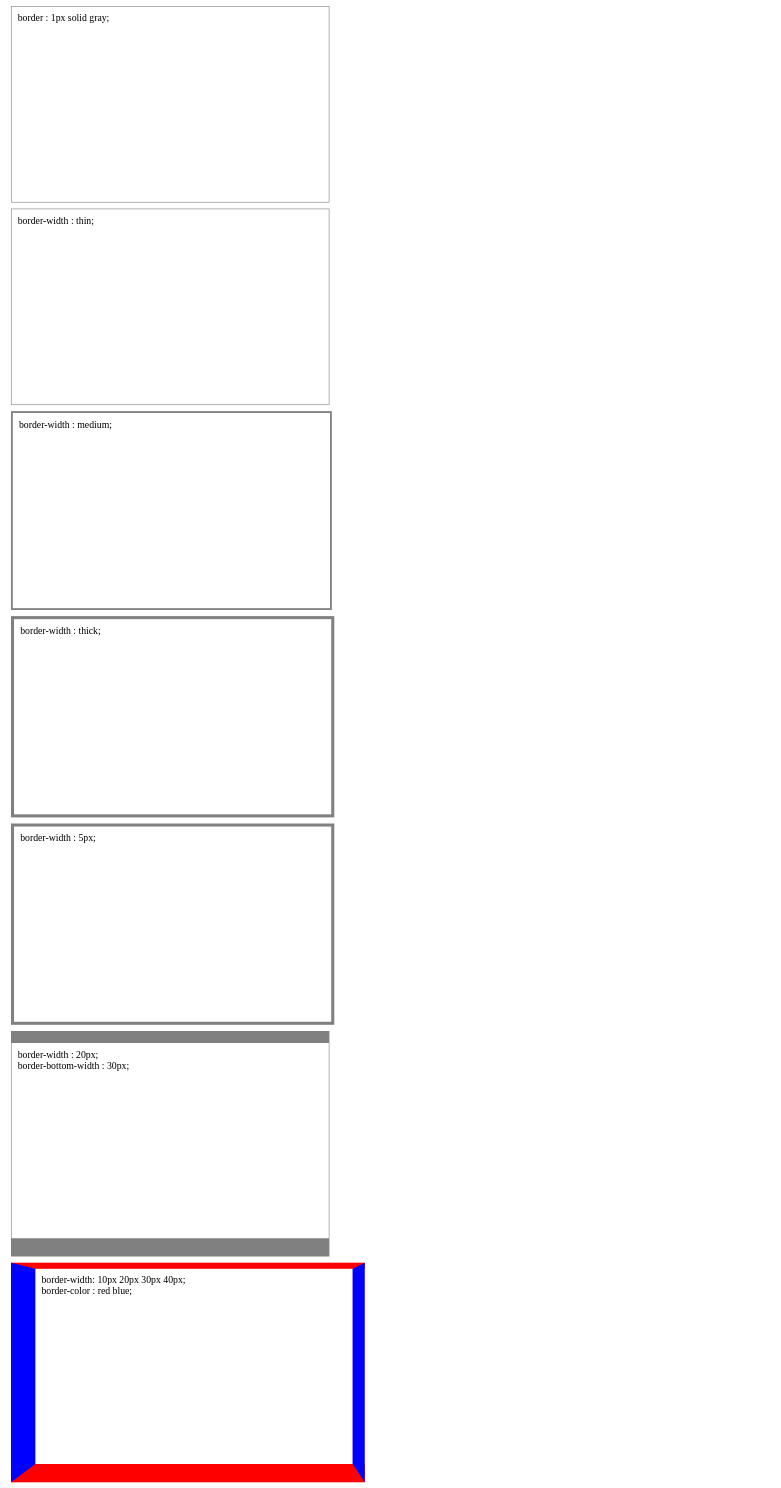
Repository: yul3220/WebProgrammingLecture
Page: webpro/WebContent/2021-01-11/border폭.html
An editor plug-in stored every save of this project. The page is shown before and after the next save, followed by the edit.
The browser window is 1280 px wide. The pictures show the whole page, at 61% of full size.

Above is the page before, as saved 2021-01-11 02:34:08.

### webpro/WebContent/2021-01-11/border폭.html
<!DOCTYPE html>
<html>
<head>
<meta charset="UTF-8">
<title>Insert title here</title>
<style>
div{
	width : 500px;
	height : 300px;
	border : 1px solid gray;
	padding : 10px;
	margin : 10px;
}
#d2{
	border-width : thin;
}
#d3{
	border-width : medium;
	/*thick은 5px보다 약간 얇다*/
}
#d4{
	border-width : thick;
	/*thick은 5px보다 약간 더 뚜겁다*/
}
#d5{
	border-width : 5px;
}
#d6{
	border-top-width : 20px;
	border-bottom-width : 30px;
}
#d7{
	border-width: 10px 20px 30px 40px;
	border-color : red blue;
}
</style>
</head>
<body>
<div id="d1">border : 1px solid gray;</div>
<div id="d2">border-width : thin;</div>
<div id="d3">border-width : medium;</div>
<div id="d4">border-width : thick;</div>
<div id="d5">border-width : 5px;</div>
<div id="d6">
 		border-width : 20px;<br>
		border-bottom-width : 30px;<br>
</div>
<div id="d7">
    border-width: 10px 20px 30px 40px;<br>
	border-color : red blue;<br>
	</div>
</body>
</html>

After the next save:
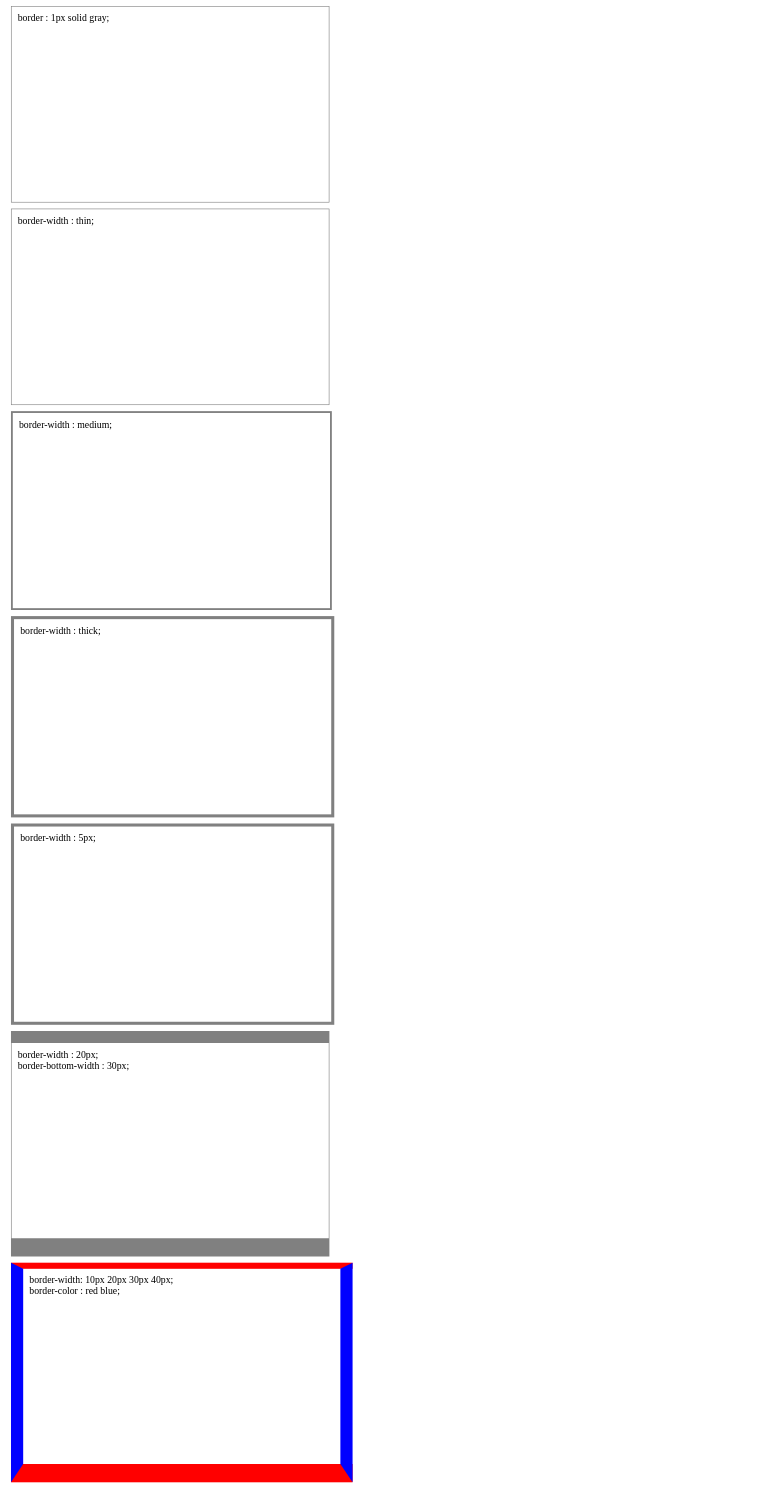
Saved 15 s later.
--- a/webpro/WebContent/2021-01-11/border폭.html
+++ b/webpro/WebContent/2021-01-11/border폭.html
@@ -30,7 +30,7 @@ div{
 	border-bottom-width : 30px;
 }
 #d7{
-	border-width: 10px 20px 30px 40px;
+	border-width: 10px 20px 30px;
 	border-color : red blue;
 }
 </style>
